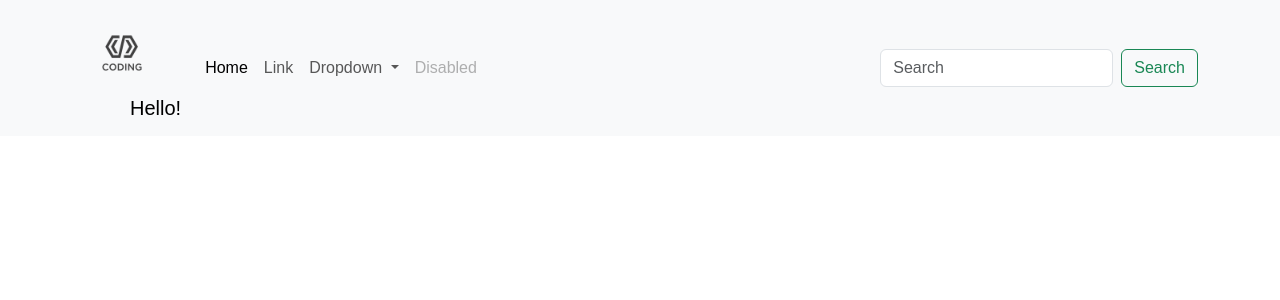
Repository: gitDominusoft/NewProject
Page: index.html
The author's editor kept a copy of each file at every save. The page is drawn from the files as they stood at one save, then again after the next save.
The browser window is 1280 px wide. The pictures show the whole page.

Above is the page before, as saved 2024-12-09 15:13:33.

After the next save:
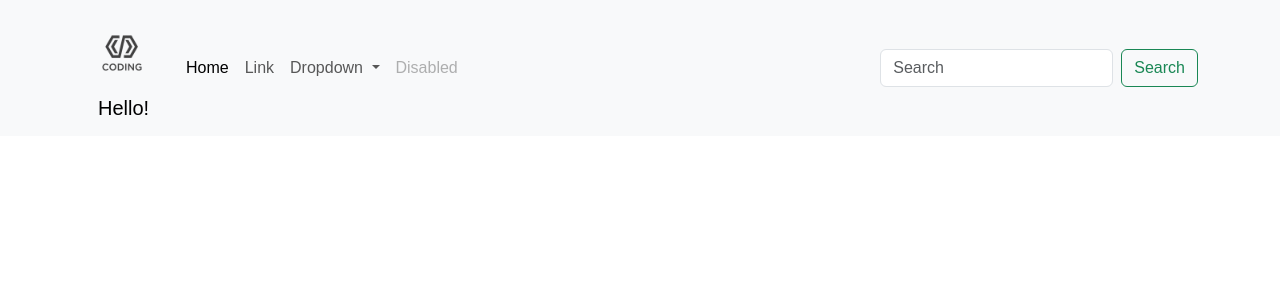
Saved 22 s later.
--- a/index.html
+++ b/index.html
@@ -17,7 +17,7 @@
     <nav class="navbar navbar-expand-lg bg-body-tertiary">
         <div class="container">
             <a class="navbar-brand" href="index.html"><img src="images/logo.png" alt=""> <br>
-                <span class="ps-5">Hello!</span></a>
+                <span class="ps-3">Hello!</span></a>
             <button class="navbar-toggler" type="button" data-bs-toggle="collapse"
                 data-bs-target="#navbarSupportedContent" aria-controls="navbarSupportedContent" aria-expanded="false"
                 aria-label="Toggle navigation">
